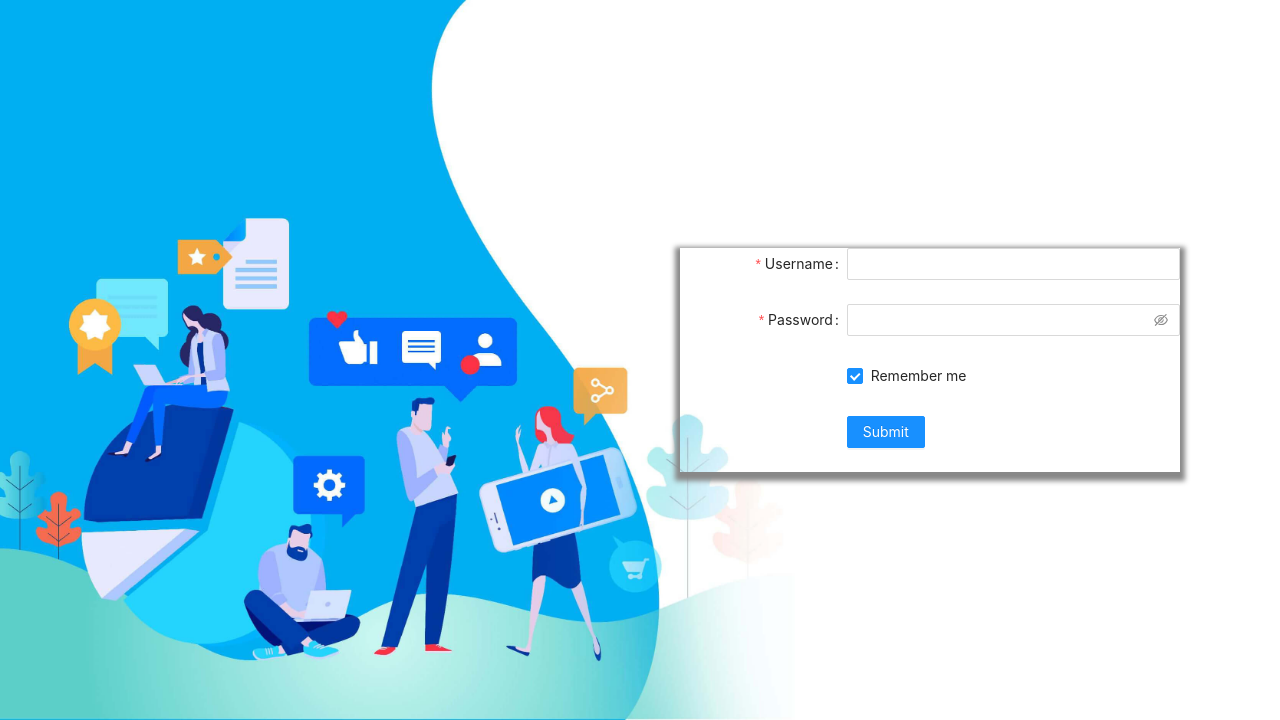
Repository: DallenCat/react-test
Page: /login
The author's editor kept a copy of each file at every save. The page is drawn from the files as they stood at one save, then again after the next save.
The browser window is 1280 px wide. The pictures show the whole page.
The project was rebuilt for these pictures with package versions that can differ from the ones it lists, and the page was loaded fresh each time. Also part of the build but not shown: src/containers/dashboard/index.js, src/containers/personal/index.js, src/components/layout/index.css, src/components/layout/sider/menu.js, src/components/layout/sider/logo.js, src/components/layout/sider/index.js, src/components/layout/index.js.

Above is the page before, as saved 2021-10-29 17:29:33.

### src/index.js
/*
 * @Descripttion:
 * @version:
 * @Author: dal
 * @Date: 2021-10-26 17:14:54
 * @LastEditors: dal
 * @LastEditTime: 2021-10-28 17:36:55
 */
import React from 'react';
import ReactDOM from 'react-dom';
import './index.css';
import App from './App';
import reportWebVitals from './reportWebVitals';
import { Provider } from "react-redux"
import store from "./store"

ReactDOM.render(
  <Provider store={store}>
    <App />
  </Provider>,
  document.getElementById('root')
);

// If you want to start measuring performance in your app, pass a function
// to log results (for example: reportWebVitals(console.log))
// or send to an analytics endpoint. Learn more: https://bit.ly/CRA-vitals
reportWebVitals();

### src/App.js
/*
 * @Descripttion:
 * @version:
 * @Author: dal
 * @Date: 2021-10-26 17:14:54
 * @LastEditors: dal
 * @LastEditTime: 2021-10-29 16:36:06
 */

import './App.css';
import Routes from './routes';
import { BrowserRouter as Router, Switch, Route } from 'react-router-dom';
import SiderDemo from "@/components/layout/index.js"
import { Component } from 'react';
class App extends Component {
  render() {
    let staticPage = ['/login'] //不需要左侧导航的页面
    let LayoutRouter = (props) => {
      if (staticPage.includes(props.location.pathname)) {
        return (
          <Routes />
        )
      } else {
        return (
          <SiderDemo>
            <Routes />
          </SiderDemo>
        )
      }
    }
    return (
      <Router>
        <Switch>
          <Route path="/" component={LayoutRouter} />
        </Switch>
      </Router>
    )
  }

}
// render(<Router routes={routes} />, document.body)
export default App;

### src/store/index.js
/*
 * @Descripttion:
 * @version:
 * @Author: dal
 * @Date: 2021-10-28 17:32:00
 * @LastEditors: dal
 * @LastEditTime: 2021-10-29 15:12:22
 */
import { configureStore } from '@reduxjs/toolkit'

import counterReducer from '@/reducers/counterReducer'
import menuReducer from '@/reducers/menuReducer'

export default configureStore({
  reducer: {
    counter: counterReducer,
    menu: menuReducer
  }
})

### src/App.css
@import '~antd/dist/antd.css';

.App {
  text-align: center;
}

.App-logo {
  height: 40vmin;
  pointer-events: none;
}

@media (prefers-reduced-motion: no-preference) {
  .App-logo {
    animation: App-logo-spin infinite 20s linear;
  }
}

.App-header {
  background-color: #282c34;
  min-height: 100vh;
  display: flex;
  flex-direction: column;
  align-items: center;
  justify-content: center;
  font-size: calc(10px + 2vmin);
  color: white;
}

.App-link {
  color: #61dafb;
}

@keyframes App-logo-spin {
  from {
    transform: rotate(0deg);
  }

  to {
    transform: rotate(360deg);
  }
}

### src/routes/index.js
/*
 * @Descripttion:
 * @version:
 * @Author: dal
 * @Date: 2021-10-26 17:34:53
 * @LastEditors: dal
 * @LastEditTime: 2021-10-29 16:08:19
 */
import Login from "@/containers/login"
import Dashboard from "@/containers/dashboard"
import Personal from "@/containers/personal"
import { Route, Switch, withRouter } from 'react-router-dom';

const routes = () => {
  return (
    <Switch>
      <Route exact path={"/login"} component={Login} />
      <Route exact path={"/dashboard"} component={Dashboard} />
      <Route exact path={"/personal"} component={Personal} />

    </Switch>
  )
}
export default withRouter(routes)

### src/reducers/counterReducer.js
/*
 * @Descripttion:
 * @version:
 * @Author: dal
 * @Date: 2021-10-28 17:35:16
 * @LastEditors: dal
 * @LastEditTime: 2021-10-29 14:37:24
 */
import { createSlice } from '@reduxjs/toolkit'

export const counterSlice = createSlice({
  name: 'counter',
  initialState: {
    value: 0
  },
  reducers: {
    increment: state => {
      // Redux Toolkit allows us to write "mutating" logic in reducers. It
      // doesn't actually mutate the state because it uses the immer library,
      // which detects changes to a "draft state" and produces a brand new
      // immutable state based off those changes
      state.value += 1
    },
    decrement: state => {
      state.value -= 1
    },
    incrementByAmount: (state, action) => {
      state.value += action.payload
    }
  }
})

export const { increment, decrement, incrementByAmount } = counterSlice.actions
export const selectCount = state => state.counter.value
export default counterSlice.reducer

### src/reducers/menuReducer.js
/*
 * @Descripttion:
 * @version:
 * @Author: dal
 * @Date: 2021-10-29 14:58:26
 * @LastEditors: dal
 * @LastEditTime: 2021-10-29 15:12:01
 */
import { createSlice } from "@reduxjs/toolkit"

export const menuSlice = createSlice({
  name: "menu",
  initialState: {
    value: []
  },
  reducers: {
    setMenu: (state, action) => {
      state.value = action.payload
    }
  }
})
export const { setMenu } = menuSlice.actions
export const getMenu = state => state.menu.value
export default menuSlice.reducer

### src/containers/login/index.js
/*
 * @Descripttion:
 * @version:
 * @Author: dal
 * @Date: 2021-10-29 15:24:14
 * @LastEditors: dal
 * @LastEditTime: 2021-10-29 17:26:49
 */
import { Component } from "react";
import { Form, Input, Button, Checkbox } from 'antd';
import bgImg from "@/assets/images/login-background.jpg"
import "./login.scss"

export function LoginForm(props) {

  const onFinish = (values) => {
    console.log('Success:', values);
  };

  const onFinishFailed = (errorInfo) => {
    console.log('Failed:', errorInfo);
  };
  return (
    <Form
      name="basic"
      labelCol={{ span: 8, }}
      wrapperCol={{ span: 16, }}
      initialValues={{ remember: true, }}
      onFinish={onFinish}
      onFinishFailed={onFinishFailed}
      autoComplete="off"
    >
      <Form.Item
        label="Username"
        name="username"
        rules={[
          {
            required: true,
            message: '请输入用户名',
          },
        ]}
      >
        <Input />
      </Form.Item>

      <Form.Item
        label="Password"
        name="password"
        rules={[
          {
            required: true,
            message: '请输入密码',
          },
        ]}
      >
        <Input.Password />
      </Form.Item>

      <Form.Item
        name="remember"
        valuePropName="checked"
        wrapperCol={{
          offset: 8,
          span: 16,
        }}
      >
        <Checkbox>Remember me</Checkbox>
      </Form.Item>

      <Form.Item
        wrapperCol={{
          offset: 8,
          span: 16,
        }}
      >
        <Button type="primary" htmlType="submit">
          Submit
        </Button>
      </Form.Item>
    </Form>
  );

}
//这边只有子组件内部的数据流向
//子组件与父组件怎么通信？
class LOGIN extends Component {
  render(h) {
    return (
      <div>
        <div className="bg">
          <div className="form">
            <LoginForm></LoginForm>
          </div>
        </div>
      </div>
    )
  }
}
export default LOGIN

### src/containers/login/login.scss
.bg {
  width: 100%;
  height: 100vh;
  background-image: url('~@/assets/images/login-background.jpg');
  background-size: 100% 100%;
  background-repeat: no-repeat;
  display: flex;
  align-items: center;
  justify-content: flex-end;
}

.form {
  width: 500px;
  margin-right: 100px;
  box-shadow: 0px 4px 5px 5px #888888;
}

Loaded but not shown: public/index.html (common file); src/index.css (common file); src/reportWebVitals.js (common file)

After the next save:
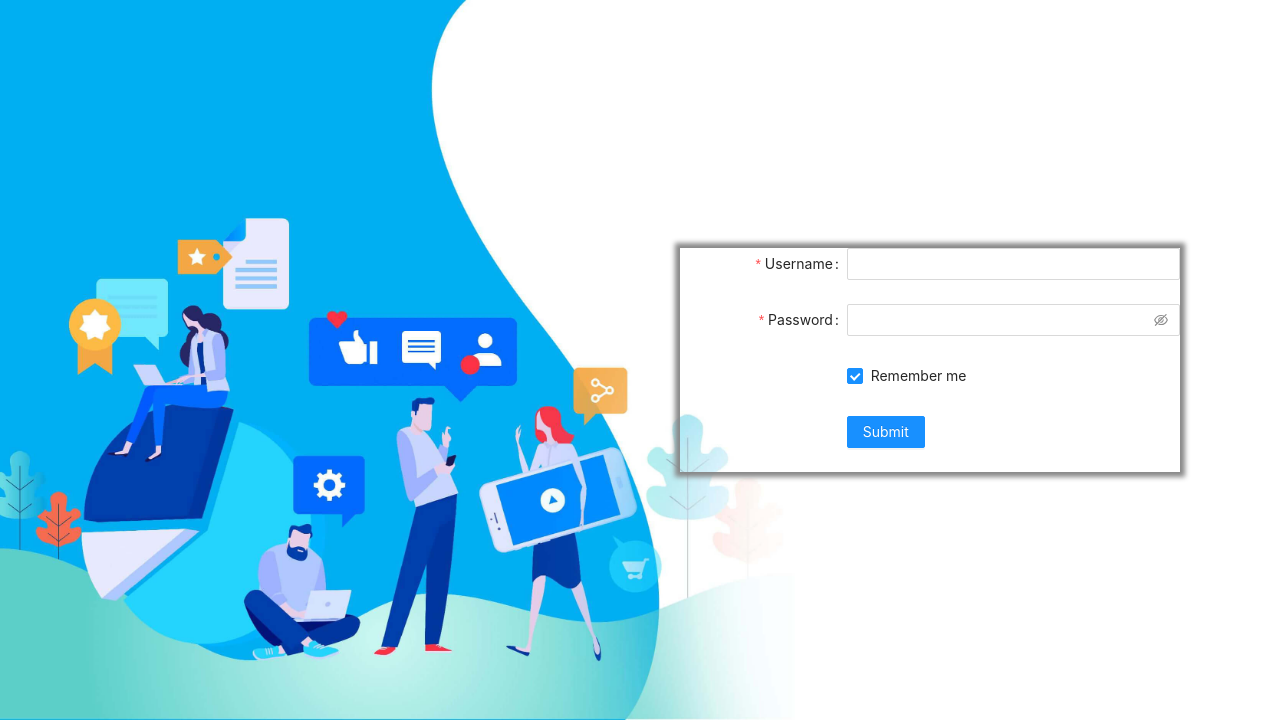
Saved 6 s later.
--- a/src/containers/login/login.scss
+++ b/src/containers/login/login.scss
@@ -12,5 +12,5 @@
 .form {
   width: 500px;
   margin-right: 100px;
-  box-shadow: 0px 4px 5px 5px #888888;
+  box-shadow: 0px 0px 5px 5px #888888;
 }
